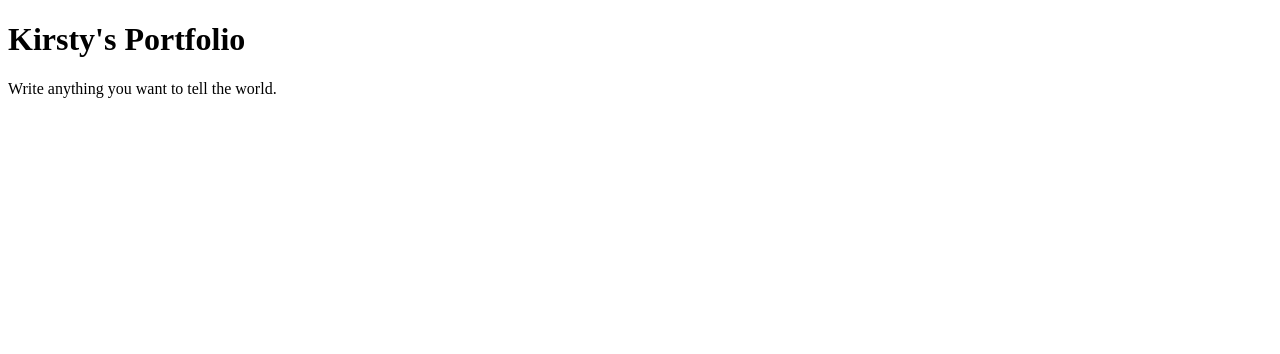
Repository: KLM94/newportfolio
Page: index.html
The author's editor kept a copy of each file at every save. The page is drawn from the files as they stood at one save, then again after the next save.
The browser window is 1280 px wide. The pictures show the whole page.

Above is the page before, as saved 2020-10-23 15:51:36.

### index.html
<!DOCTYPE html>
<html>

<head>
    <meta charset="utf-8">
    <title>Kirsty's Portfolio</title>
</head>

<body>
    <h1>Kirsty's Portfolio</h1>
    <p>Write anything you want to tell the world.</p>
</body>

</html>

After the next save:
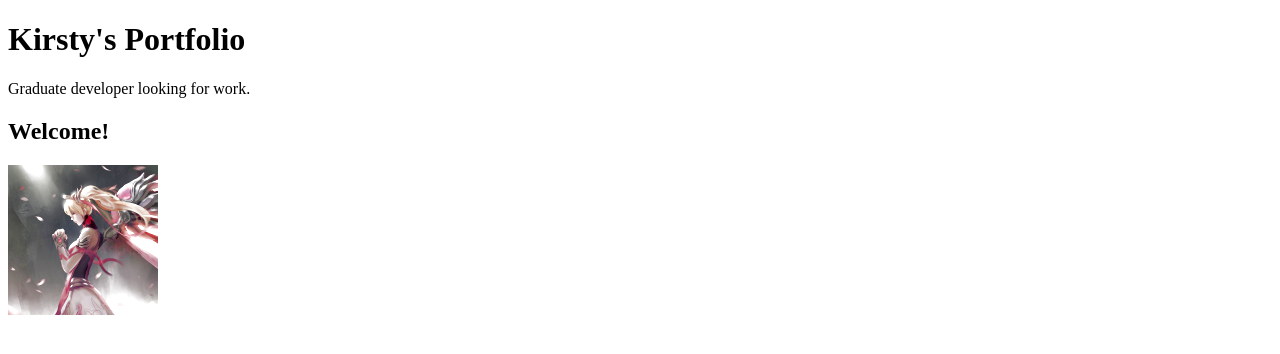
Saved 8 min 34 s later.
--- a/index.html
+++ b/index.html
@@ -8,7 +8,11 @@
 
 <body>
     <h1>Kirsty's Portfolio</h1>
-    <p>Write anything you want to tell the world.</p>
+    <p>Graduate developer looking for work.</p>
+
+    <h2>Welcome!</h2>
+
+    <img src="Mercy.png" alt="Avatar picture of Mercy from Overwatch">
 </body>
 
 </html>
